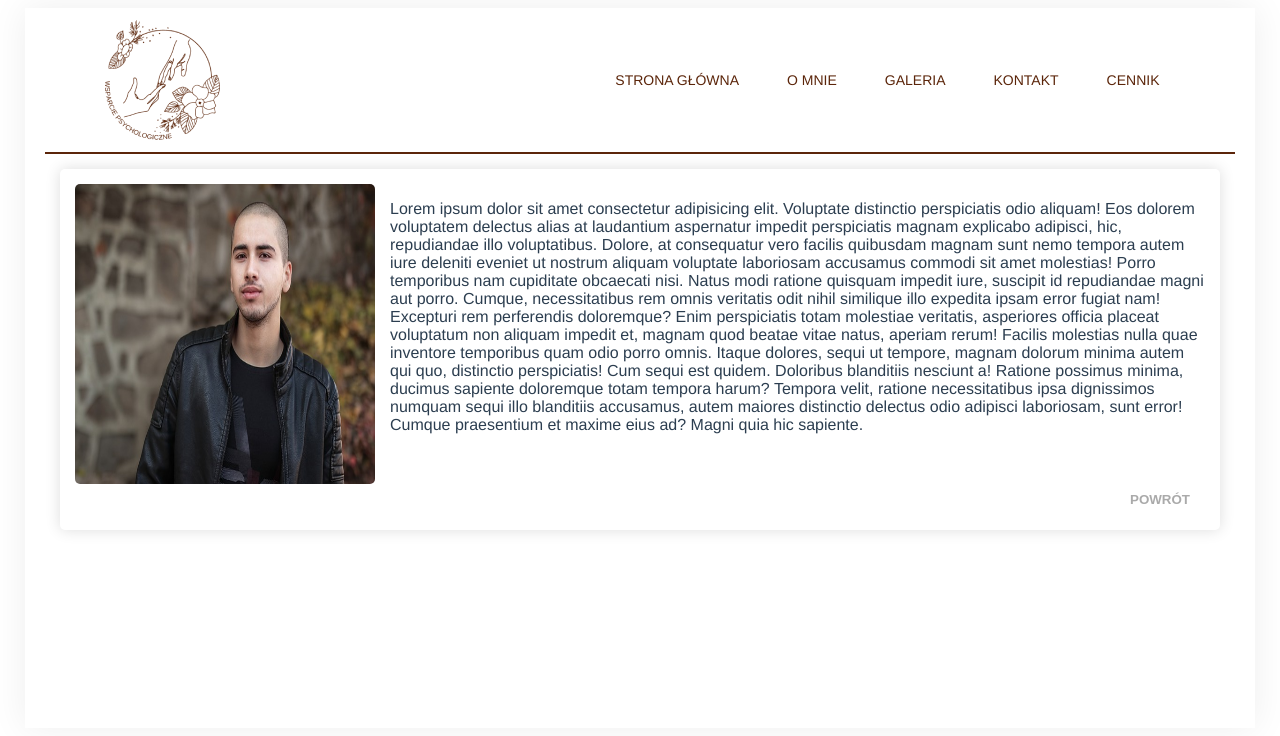
Repository: Kondzioor/szczepan-page
Page: /about
These files come from the project's save history. The page is drawn as it stood at one moment and after the next save; the edit follows.
The browser window is 1280 px wide. The pictures show the whole page.
Some web libraries are served in a nearby version. The project was rebuilt for these pictures with package versions that can differ from the ones it lists, and the page was loaded fresh each time. Also part of the build but not shown: src/views/Home.vue.

Above is the page before, as saved 2022-04-12 14:52:23.

### public/index.html
<!DOCTYPE html>
<html lang="">
  <head>
    <meta charset="utf-8">
    <meta http-equiv="X-UA-Compatible" content="IE=edge">
    <meta name="viewport" content="width=device-width,initial-scale=1.0">
    <link rel="icon" href="<%= BASE_URL %>favicon.ico">
    <title><%= htmlWebpackPlugin.options.title %></title>
    <script src="https://kit.fontawesome.com/c0ecb9f799.js" crossorigin="anonymous"></script>
  </head>
  <body>
    <noscript>
      <strong>We're sorry but <%= htmlWebpackPlugin.options.title %> doesn't work properly without JavaScript enabled. Please enable it to continue.</strong>
    </noscript>
    <div id="app"></div>
    <!-- built files will be auto injected -->
  </body>
</html>

### src/App.vue
<template>
 <div class="app">
   <Navbar />
   <router-view></router-view>
 </div>
</template>
<script>
import Navbar from './components/Navbar.vue'
export default {
  components:{
    Navbar,
  }
}
</script>

<style lang="scss">
.app {
  font-family: Avenir, Helvetica, Arial, sans-serif;
  -webkit-font-smoothing: antialiased;
  -moz-osx-font-smoothing: grayscale;
  color: #2c3e50;
  width: 100%;
  box-sizing: border-box;
  max-width:  1230px;
  min-height: 100vh;
  margin: 0 auto;
  padding: 0 20px;
  box-shadow: 0 0 35px #eee ;
}
a{
  text-decoration: none;
}
ul li{
  list-style: none;
}
button{
  border: none;
  outline: none;
  background: transparent;
  cursor: pointer;
}
</style>

### src/router/index.js
import { createRouter, createWebHistory } from 'vue-router'
import Home from '../views/Home.vue'
import AboutUs from '../views/AboutUs.vue'

const routes = [
  {
    path: '/',
    name: 'Home',
    component: Home
  },
  {
    path: '/about',
    name: 'AboutUs',
    component: AboutUs
  }
]

const router = createRouter({
  history: createWebHistory(process.env.BASE_URL),
  routes
})

export default router

### src/components/Navbar.vue
<template>
    <div class="header">
        <nav>
            <div class="branding">
                <img class="logo" src="../assets/logo/logo.png" alt="">
            </div>
            <ul v-if="!mobile" class="navigation">
                <li ><a class="link" href="#" @click="homePush">Strona główna</a></li>
                <li ><a class="link" href="#" @click="aboutUsPush">O mnie</a></li>
                <li ><a class="link" href="#">Galeria</a></li>
                <li ><a class="link" href="#">Kontakt</a></li>
                <li ><a class="link" href="#">Cennik</a></li>
            </ul>

            <div class="icon">
                <i @click="toggleMobileNav" v-show="mobile" class="fas fa-bars" :class="{'icon-active': mobileNav}"></i>
            </div>
            <transition name="mobile-nav">
                <ul v-if="mobileNav" class="dropdown-nav">
                <li ><a class="link" href="#" @click="homePush">Strona główna</a></li>
                <li ><a class="link" href="#" @click="aboutUsPush">O mnie</a></li>
                <li ><a class="link" href="#">Galeria</a></li>
                <li ><a class="link" href="#">Kontakt</a></li>
                <li ><a class="link" href="#">Cennik</a></li>
                </ul>
            </transition>
        </nav>
    </div>
</template>
<script>
import { useRouter } from "vue-router";
export default {

    data(){
        return{
            router: useRouter(),
            mobile: null,
            mobileNav: null,
            windowWidth: null,
        }
    },
    computed:{

  },
  methods:{
    toggleMobileNav(){
        this.mobileNav = !this.mobileNav
    },
    homePush(){
        this.router.push('/')
    },
    aboutUsPush(){
      this.router.push('/about')
    },

    checkScreen(){
        this.windowWidth = window.innerWidth;
        if(this.windowWidth <= 920){
            this.mobile = true
            return
        }
        this.mobile = false;
        this.mobileNav = false;
        return
    },
  },
  created(){
      window.addEventListener('resize',this.checkScreen);
      this.checkScreen();
  },
}
</script>
<style scoped>
.header{
    max-width:  1230px;
    background-color: white;
    width: 100%;
    border-bottom: 2px solid #5b250a;
    position: relative;
    transition: 0.5s ease all;
    color: #5b250a;
}
.logo{
    cursor: pointer;
}
nav{
    display: flex;
    flex-direction: row;
    padding: 12px 0;
    transition: .5s ease all;
    width:90%;
    margin: 0 auto;
    align-items: center;
}
ul,
.link {
    font-weight: 500;
    color: #5b250a;
    list-style: none;
    text-decoration: none;
}
li{
    text-transform: uppercase;
    padding: 16px;
    margin-left: 16px;
}
.link{
    font-size: 14px;
    transition: .5s ease all;
    padding-bottom: 4px;
    border-bottom: 1px solid transparent;
}
.link:hover{
    color: rgb(81,167,38);
    border-color: rgb(81,167,38);

}
.branding{

    display: flex;
    align-items: center;

}
.branding img{
    width:100%;
    transition: .5s ease all;
}
.navigation{
    display:flex;
    align-items: center;
    flex:1;
    justify-content: flex-end;
}
.icon{
    display: flex;
    align-items: center;
    position: absolute;
    top:0;
    right: 24px;
    height: 100%;
    z-index: 100;
}
i{
    cursor: pointer;
    font-size: 24px;
    transition: .8s ease all;
    margin-right: 40px;
}
.icon-active{
    transform: rotate(180deg);
}
.dropdown-nav{
    display: flex;
    flex-direction: column;
    position: fixed;
    width: 100%;
    max-width: 250px;
    height: 100%;
    background-color: #fff;
    top: 0;
    left: 0;
    z-index: 99;
}
.dropdown-nav li{
    margin-left: 0;

}
.mobile-nav-enter-active,
.mobile-nav-leave-active{
    transition: 1s ease all;
}
.mobile-nav-enter-from,
.mobile-nav-leave-to{
    transform: translateX(-250px)
}
.mobile-nav-enter-to{
    transform: translateX(0)
}

@media (max-width: 420px){
  i{
      margin-right: 10px;
  }
}
@media (max-width: 500px){
  i{
      margin-right: 5px;
  }
}
</style>

### src/views/AboutUs.vue
<template>
<div class="container">
        <section>
            <img src="../assets/boy.jpg" alt="">
            <p class="text">Lorem ipsum dolor sit amet consectetur adipisicing elit. Voluptate distinctio perspiciatis odio aliquam! Eos dolorem voluptatem delectus alias at laudantium aspernatur impedit perspiciatis magnam explicabo adipisci, hic, repudiandae illo voluptatibus.
            Dolore, at consequatur vero facilis quibusdam magnam sunt nemo tempora autem iure deleniti eveniet ut nostrum aliquam voluptate laboriosam accusamus commodi sit amet molestias! Porro temporibus nam cupiditate obcaecati nisi.
            Natus modi ratione quisquam impedit iure, suscipit id repudiandae magni aut porro. Cumque, necessitatibus rem omnis veritatis odit nihil similique illo expedita ipsam error fugiat nam! Excepturi rem perferendis doloremque?
            Enim perspiciatis totam molestiae veritatis, asperiores officia placeat voluptatum non aliquam impedit et, magnam quod beatae vitae natus, aperiam rerum! Facilis molestias nulla quae inventore temporibus quam odio porro omnis.
            Itaque dolores, sequi ut tempore, magnam dolorum minima autem qui quo, distinctio perspiciatis! Cum sequi est quidem. Doloribus blanditiis nesciunt a! Ratione possimus minima, ducimus sapiente doloremque totam tempora harum?
            Tempora velit, ratione necessitatibus ipsa dignissimos numquam sequi illo blanditiis accusamus, autem maiores distinctio delectus odio adipisci laboriosam, sunt error! Cumque praesentium et maxime eius ad? Magni quia hic sapiente.</p>
        </section>
        <button @click="homePush">Powrót</button>
    </div>
</template>
<script>
import { useRouter } from "vue-router";
export default {
    data(){
        return{
             router: useRouter(),
        }
    },
    methods:{
        homePush(){
            this.router.push('/')
        }
    }
}
</script>
<style scoped>

.container{
    display: flex;
    align-items: flex-end;
    justify-content: center;
    border-radius: 50px;
    margin: 15px 15px;
    flex-direction: column;
    padding: 15px;
    box-shadow: 0 0 15px #ddd;
    border-radius: 5px;
}
section{
    display: flex;
}

img{
    width: 300px;
    height: 300px;
    border-radius: 5px;
}
.text{
    border-radius: 5px;
    padding-left: 15px;

}
button{
    /* border: 2px solid #999; */
    color: #aaa;
    border-radius: 15px;
    padding: 8px 15px;
    text-transform: uppercase;
    font-weight: 600;

}
button:hover{
    color: rgb(81,167,38);
    border-color: rgb(81,167,38);
}
@media (max-width: 720px){
    .inner-container{
    padding: 80px 50px;
    }
}
@media (max-width: 500px){
    .inner-container{
    padding: 50px 20px;
    }
}
</style>

### src/components/Footer.vue
<template>
    <section class="footer">
        <div class="social">
            <a href="https://www.instagram.com/rajskieziolko/"><i class="fab fa-instagram" ></i></a>
            <a href="https://www.facebook.com/rajskieziolko/"><i class="fab fa-facebook" ></i></a>
        </div>
        <ul class="list">
            <li @click="homePush" >
                <a href="/products">Główna</a>
            </li>
            <li>
                <a href="/about">O nas</a>
            </li>
            <li>
                <a href="/contact">Kontakt</a>
            </li>
        </ul>
        <p class="copyright">Rajskie Ziółko @ 2022 v1.0</p>
    </section>
</template>
<script>
export default {
    methods:{
        homePush() {
        this.router.push('/products');
      },
    }
}
</script>
<style scoped>
.footer{
    padding: 40px 0;
    background-color: #fff;
    border-top: 1px solid #ddd;
    margin-top: 10px;
}
.footer .social{
    text-align: center;
    padding-bottom: 25px;
    color: #4b4c4d;
}
.footer .social a{
    font-size: 24px;
    color:inherit;
    border: 1px solid #ccc;
    width: 40px;
    height: 40px;
    line-height: 40px;
    display: inline-block;
    text-align: center;
    border-radius: 50%;
    margin: 0 8px;
    opacity: 0.75;
}
.footer .social a:hover{
    opacity:0.9;
    color: rgb(81,167,38);
    border-color: rgb(81,167,38);
}
.footer ul{
    margin-top: 0;
    margin-bottom: 0;
    padding: 0;
    list-style: none;
    font-size: 18px;
    line-height: 1.6;
    text-align: center;
}
.footer ul li a{
    color: inherit;
    text-decoration: none;
    opacity: 0.8;
}
.footer ul li{
    display: inline-block;
    padding: 0 15px;
}
.footer ul li a:hover{
    opacity: 1;
    color: rgb(81,167,38);
    border-color: rgb(81,167,38);
}
.footer .copyright{
    margin-top: 15px;
    text-align: center;
    font-size: 13px;
    color: #aaa
}
</style>

Loaded but not shown: src/main.js (common file); src/store/index.js (common file)

After the next save:
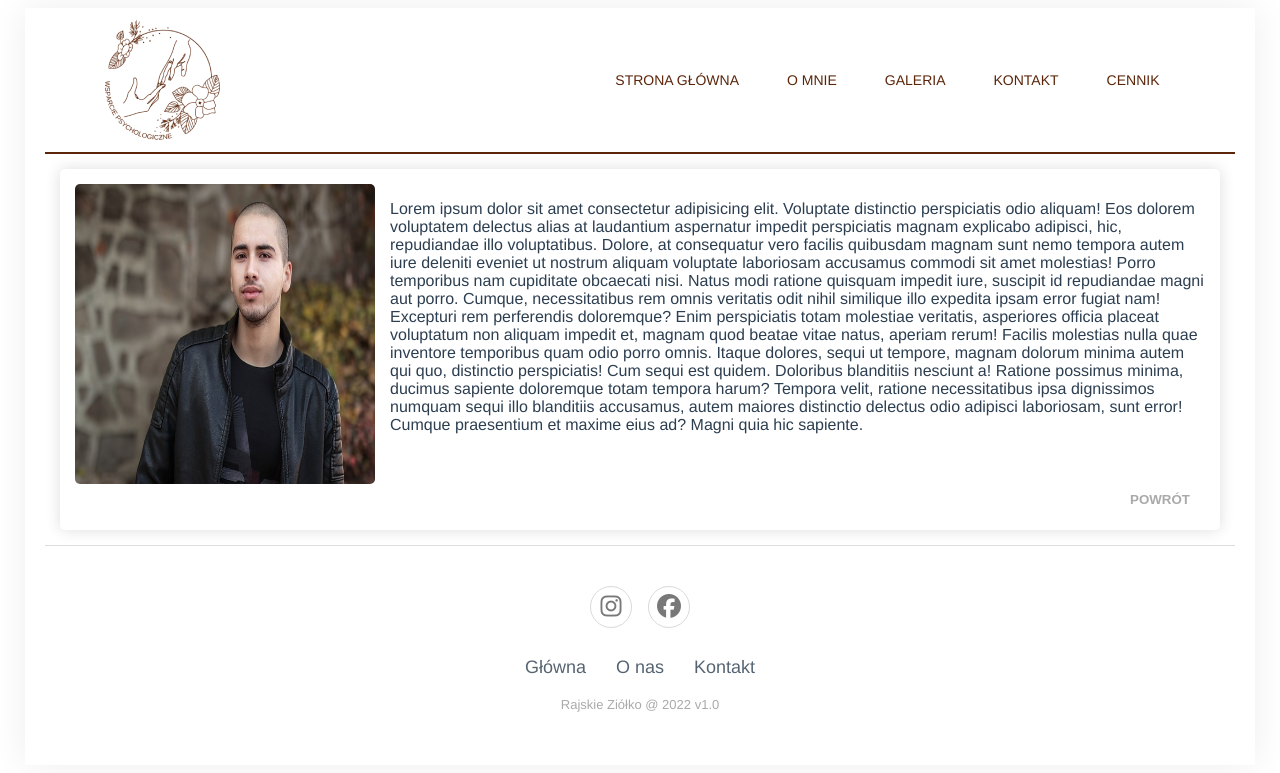
Saved 47 s later.
--- a/src/App.vue
+++ b/src/App.vue
@@ -2,13 +2,16 @@
  <div class="app">
    <Navbar />
    <router-view></router-view>
+   <Footer />
  </div>
 </template>
 <script>
 import Navbar from './components/Navbar.vue'
+import Footer from './components/Footer.vue'
 export default {
   components:{
     Navbar,
+    Footer,
   }
 }
 </script>
